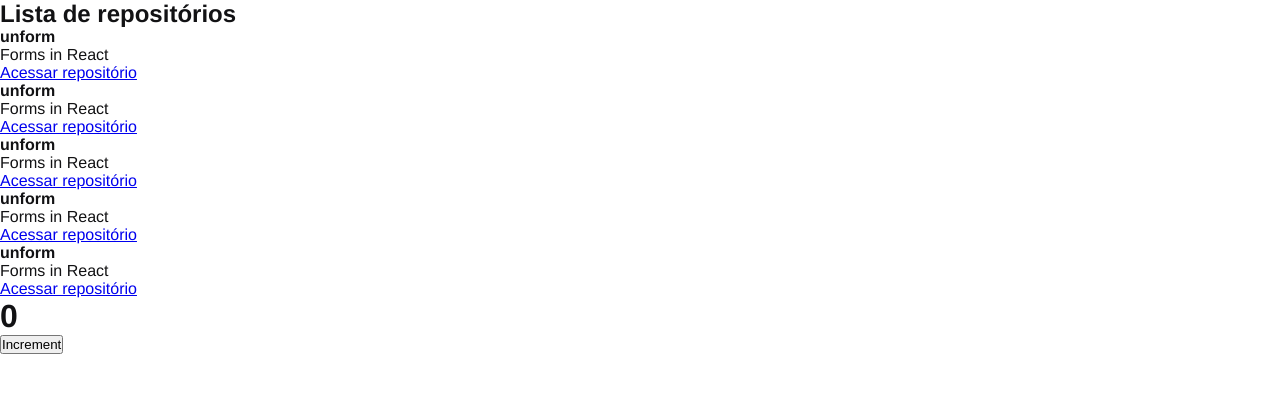
Repository: soualexandre/github-explore
Page: /
These files come from the project's save history. The page is drawn as it stood at one moment and after the next save; the edit follows.
The browser window is 1280 px wide. The pictures show the whole page.
The project was rebuilt for these pictures with package versions that can differ from the ones it lists, and the page was loaded fresh each time. Also part of the build but not shown: webpack.config.js.

Above is the page before, as saved 2021-07-09 15:56:47.

### public/index.html
<!DOCTYPE html>
<html lang="en">
<head>
    <meta charset="UTF-8">
    <meta http-equiv="X-UA-Compatible" content="IE=edge">
    <meta name="viewport" content="width=device-width, initial-scale=1.0">
    <title>Github Explore</title>
</head>
<body>
    <div id="root"></div>
    <script src="../dist/bundle.js"></script>
</body>
</html>

### src/index.jsx
import {render} from 'react-dom'
import {App} from './App'
render(
    <App/>,
     document.getElementById("root"))

### src/App.jsx
import React, {useState} from 'react'
import './atyles/global.scss'
import { Counter } from './components/conter'
import { RepositoryList } from './components/RepositoryList'

export function App() {


    return (
        <>
            <RepositoryList />
            <Counter/>
        </>
    )
}

### src/atyles/global.scss
*{
    margin: 0;
    padding: 0;
    box-sizing: border-box;
}
body{
    font: 16px "Helvetica Neue", Arial, sans-serif;
    color: #121214;
}

### src/components/conter.jsx
export function Counter() {
    return (
        <div>
            <h1>0</h1>
            <button type="button">Increment</button>
        </div>
    )
}

### src/components/RepositoryList.jsx
import { RepositoryItem } from "./RepositoryItem";

const repository = {
    name: 'unform',
    description: 'Forms in React',
    link: 'https://github.com/unform/unform'
}
export function RepositoryList() {
    return (
        <section>
            <h1>Lista de repositórios</h1>
            <ul>
                <RepositoryItem repository={repository}/>
                <RepositoryItem repository={repository}/>
                <RepositoryItem repository={repository}/>
                <RepositoryItem repository={repository}/>
                <RepositoryItem repository={repository}/>
            </ul>
        </section>
    );
}

### src/components/RepositoryItem.jsx
export function RepositoryItem(props) {
    return (
        <li >
            <strong>{props.repository.name ?? 'Default'}</strong>
            <p>{props.repository.description}</p>
            <a href={props.repository.link}>
                Acessar repositório
            </a>
        </li>
    );
}

After the next save:
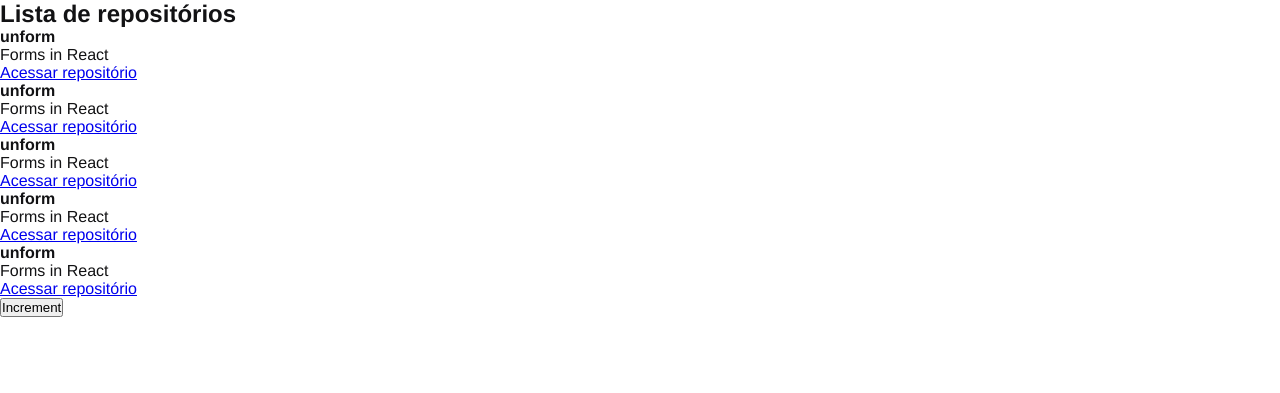
Saved 19 s later.
--- a/src/components/conter.jsx
+++ b/src/components/conter.jsx
@@ -1,8 +1,14 @@
+import React,{ useState } from "react"
+
 export function Counter() {
+    const {counter , setCounter} = useState({})
+    function handleCounter(){
+    setCounter(counter+1)
+    }
     return (
         <div>
-            <h1>0</h1>
-            <button type="button">Increment</button>
+            <h1>{counter}</h1>
+            <button type="button" onClick={handleCounter}>Increment</button>
         </div>
     )
 }
